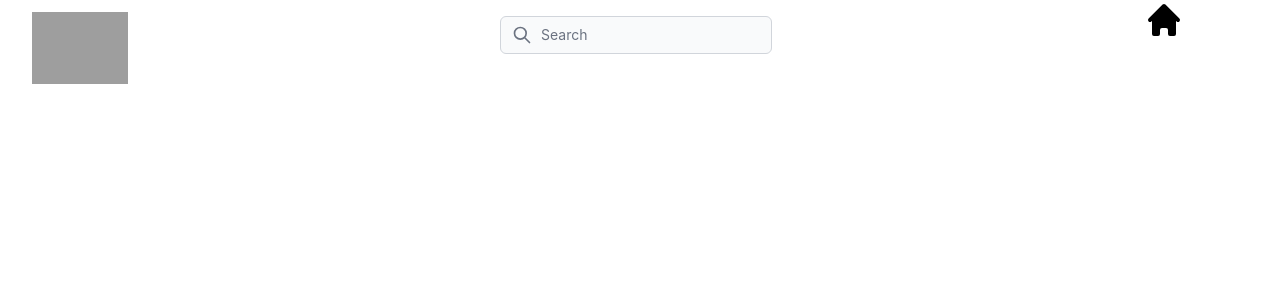
Repository: SehajBindra/insta--clone
Page: /
The author's editor kept a copy of each file at every save. The page is drawn from the files as they stood at one save, then again after the next save.
The browser window is 1280 px wide. The pictures show the whole page.
Pictures or frames that could not be fetched are drawn as grey boxes. The project was rebuilt for these pictures with package versions that can differ from the ones it lists, and the page was loaded fresh each time. The framework's server and built-in components were replaced by stand-ins that run in the browser. Also part of the build but not shown: next.config.js.

Above is the page before, as saved 2022-04-11 01:49:18.

### pages/index.js
import Head from 'next/head'
import Image from 'next/image'
import Header from '../components/Header'
import styles from '../styles/Home.module.css'

export default function Home() {
  return (
    <div className={styles.container}>
      <Head>
        <title>Instagram</title>
        <meta name="description" content="Generated by create next app" />
        <link rel="icon" href="https://upload.wikimedia.org/wikipedia/commons/thumb/a/a5/Instagram_icon.png/600px-Instagram_icon.png" />

      </Head>
      <Header />

    </div>
  )
}

### components/Header.js
import React from "react";
import Image from "next/image";
import {
    SearchIcon,
    PlusCircleIcon,
    UserGroupIcon,
    HeartIcon,
    PaperAirplaneIcon,
    MenuIcon
} from "@heroicons/react/outline"
import {HomeIcon } from "@heroicons/react/solid";

function Header() {
  return (
    <div>
      <div className="flex justify-between max-w-6xl ">
        <div className="relative hidden lg:inline-grid w-24 h-24">
          <Image
            src="https://links.papareact.com/ocw"
            layout="fill"
            objectFit="contain"
          />
        </div>

        <div className=" relative w-10  lg:hidden flex-shrink-0 cursor-pointer">
          <Image
            src="https://links.papareact.com/jjm"
            layout="fill"
            objectFit="contain"
          />
        </div>

        {/* Middle Search Input Field */}
        <div className=" max-w-xs">
        <div className=" relative mt-1 p-3 rounded-md ">
            <div className=" absolute inset-y-3  pl-3 flex items-center pointer-events-none ">
             <SearchIcon  className="h-5  w-5 text-gray-500" />
            </div>
            <input className="bg-gray-50 block w-full pl-10 sm:text-sm border-gray-300  focus:ring-black  focus:border-black rounded-md" type="text" placeholder="Search" />

        </div>
        </div>
       {/* Right side */}
       <div>
       <HomeIcon className=" h-10 w-10" />
       </div>
      </div>
    </div>
  );
}

export default Header;

### tailwind.config.js
module.exports = {
  content: ["./pages/**/*.{js,ts,jsx,tsx}",
  "./components/**/*.{js,ts,jsx,tsx}",],
  theme: {
    extend: {},
  },
  plugins: [require("@tailwindcss/forms")],
}

Loaded but not shown: pages/_app.js (common file); styles/globals.css (common file); styles/Home.module.css (common file)

After the next save:
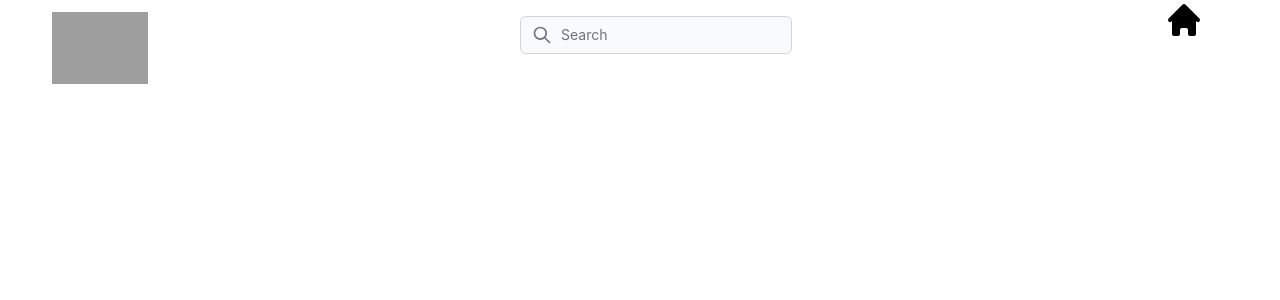
Saved 93 s later.
--- a/components/Header.js
+++ b/components/Header.js
@@ -13,7 +13,7 @@
 function Header() {
   return (
     <div>
-      <div className="flex justify-between max-w-6xl ">
+      <div className="flex justify-between max-w-6xl mx-5 ">
         <div className="relative hidden lg:inline-grid w-24 h-24">
           <Image
             src="https://links.papareact.com/ocw"
